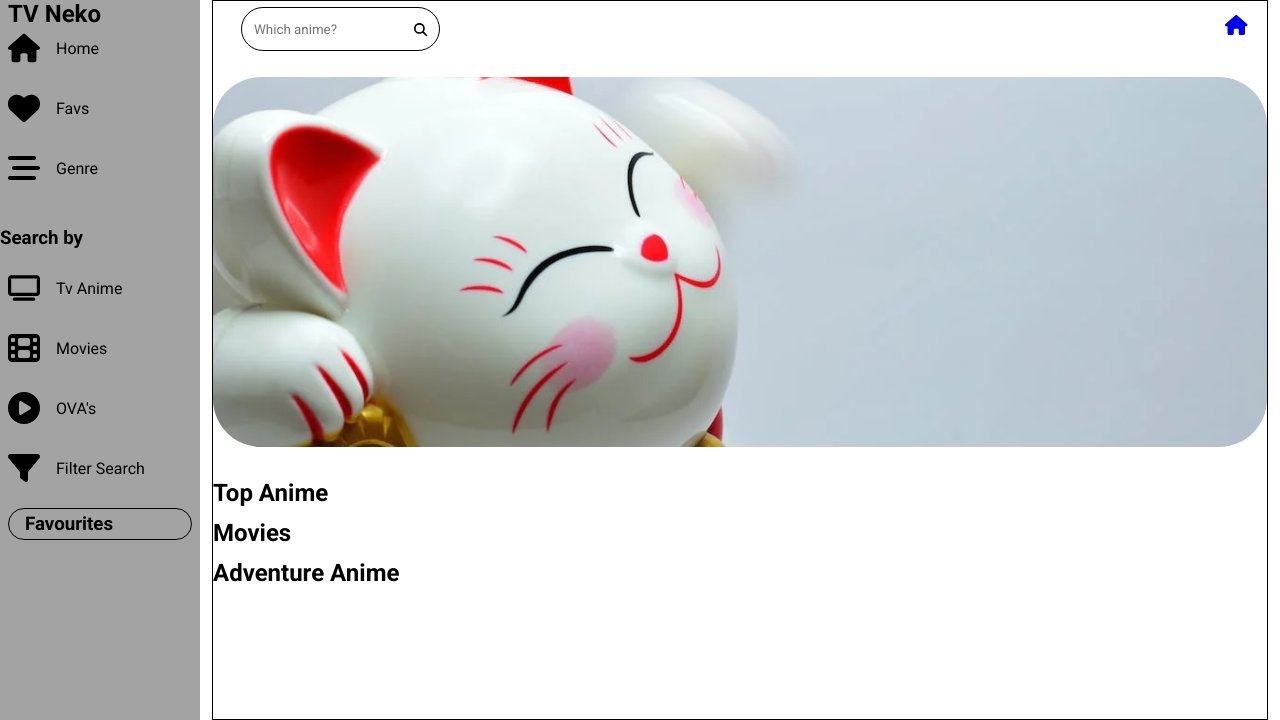
Repository: OwenMargiela/AnimeDatabse
Page: /
These files come from the project's save history. The page is drawn as it stood at one moment and after the next save; the edit follows.
The browser window is 1280 px wide. The pictures show the whole page.
The page's requests for data from a server got no answer. The project was rebuilt for these pictures with package versions that can differ from the ones it lists, and the page was loaded fresh each time. No one was signed in, and anything a server would have sent is missing. Also part of the build but not shown: src/Components/AnimeContainer.jsx, src/Pages/AnimePage/AnimePage.jsx, src/Components/Score.css, src/Components/Score.jsx, src/Components/AnimeDescription.jsx, src/Pages/AnimePage/AnimeInfo.jsx, src/Pages/AnimePage/AnimeGenre.jsx, src/Pages/FavouritesPage/Favourites.css and 7 more.

Above is the page before, as saved 2023-01-26 14:56:08.

After the next save:
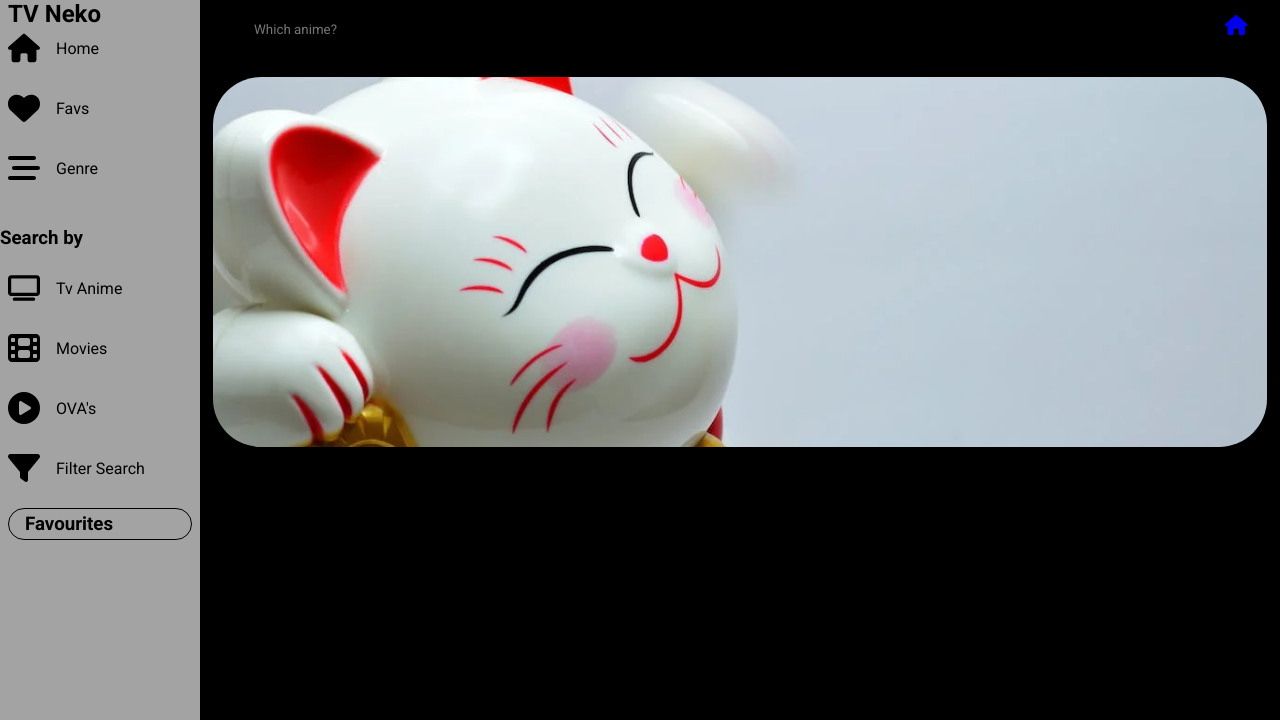
Saved 18 s later.
--- a/src/App.css
+++ b/src/App.css
@@ -8,6 +8,7 @@
   height: 100vh;
   min-height: 500px;
   width: 100%;
+  background-color: black;
   /* overflow-y: hidden; */
 }
 a{
